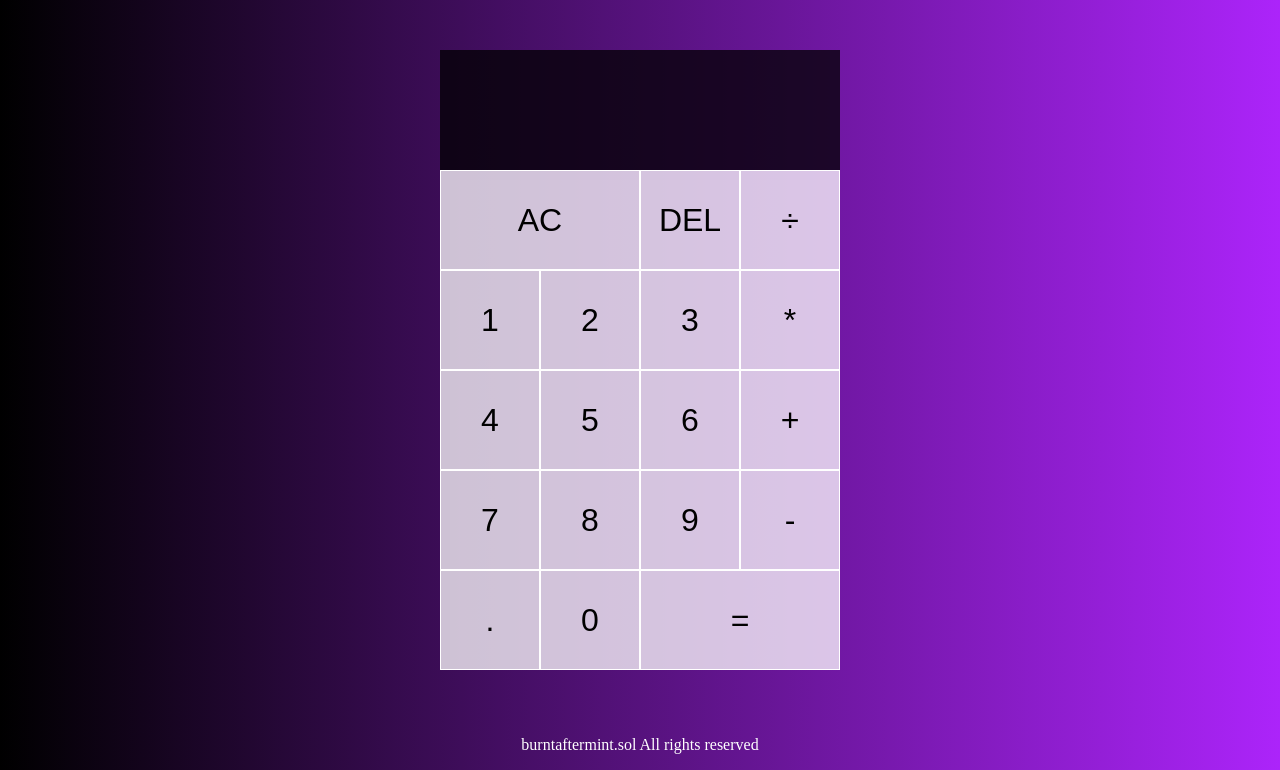
Repository: burntaftermint/calculator
Page: index.html
An editor plug-in stored every save of this project. The page is shown before and after the next save, followed by the edit.
The browser window is 1280 px wide. The pictures show the whole page.

Above is the page before, as saved 2023-11-01 05:01:58.

After the next save:
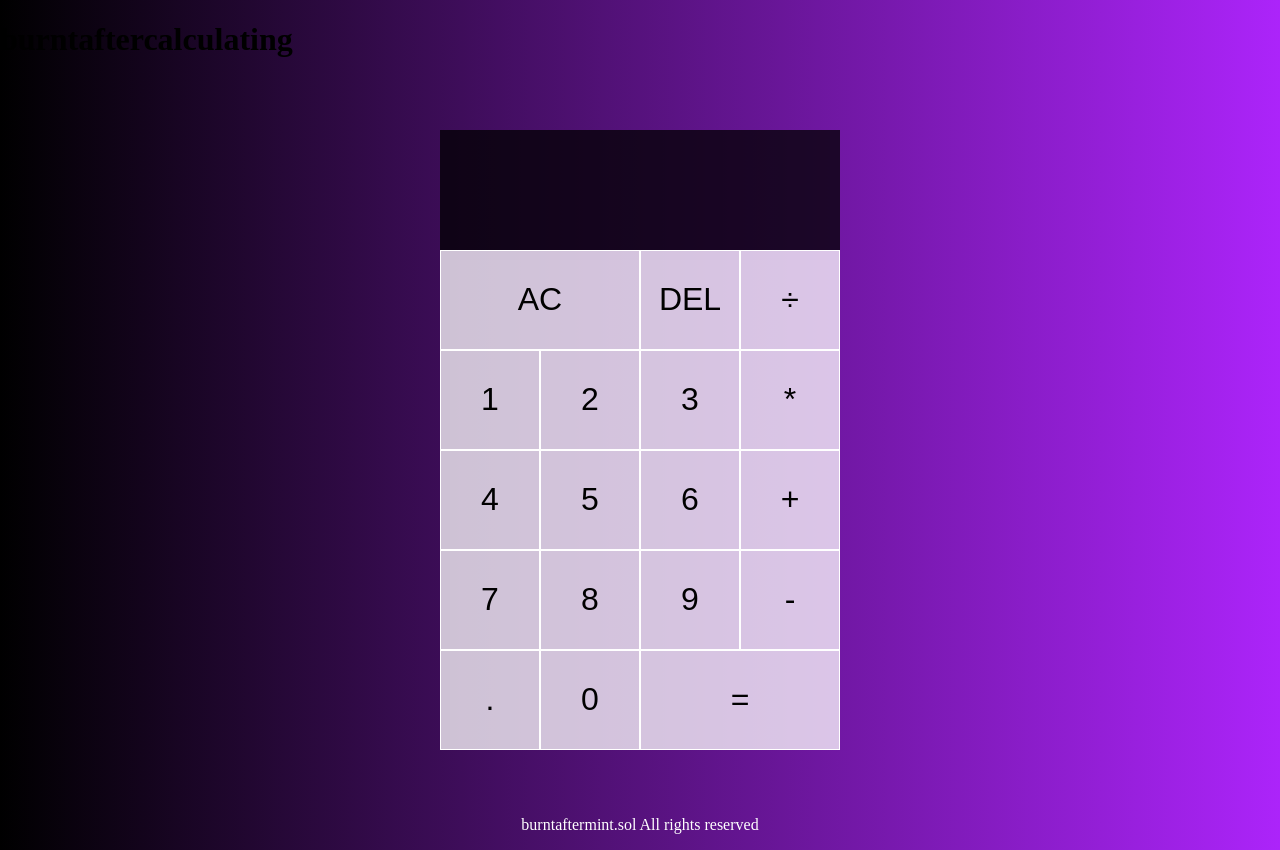
Saved 91 s later.
--- a/index.html
+++ b/index.html
@@ -11,6 +11,12 @@
     <script src="script.js" defer></script>
 </head>
 <body>
+    <div class="main">
+        <div class="main__container">
+            <div class="main__content">
+                <h1>burntaftercalculating</h1>
+
+            </div>
     <div class="calculator-grid">
         <div class="output">
             <div data-previous-operand class="previous-operand"></div>

After the 6 saves that followed:
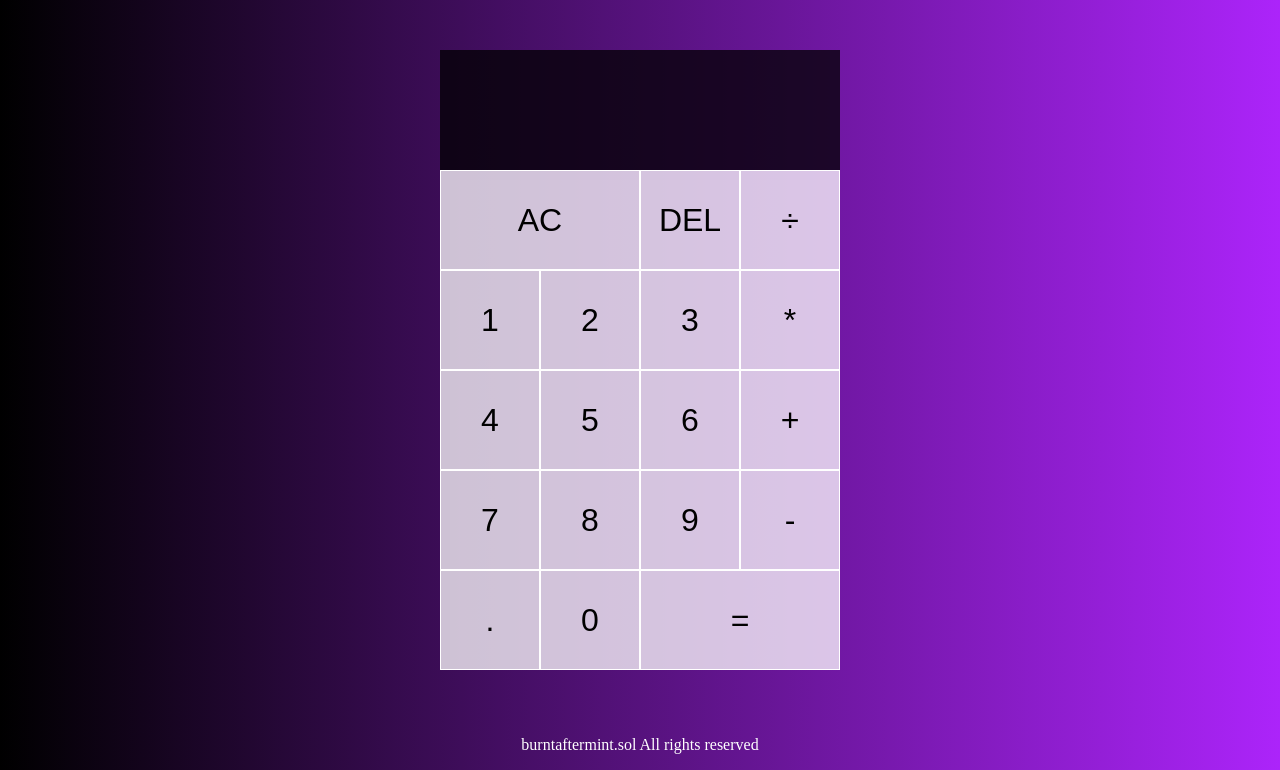
The 6 saves are shown as one change because 5 left the picture as it was.
The last was saved 2 min 47 s later.
--- a/index.html
+++ b/index.html
@@ -11,12 +11,6 @@
     <script src="script.js" defer></script>
 </head>
 <body>
-    <div class="main">
-        <div class="main__container">
-            <div class="main__content">
-                <h1>burntaftercalculating</h1>
-
-            </div>
     <div class="calculator-grid">
         <div class="output">
             <div data-previous-operand class="previous-operand"></div>
